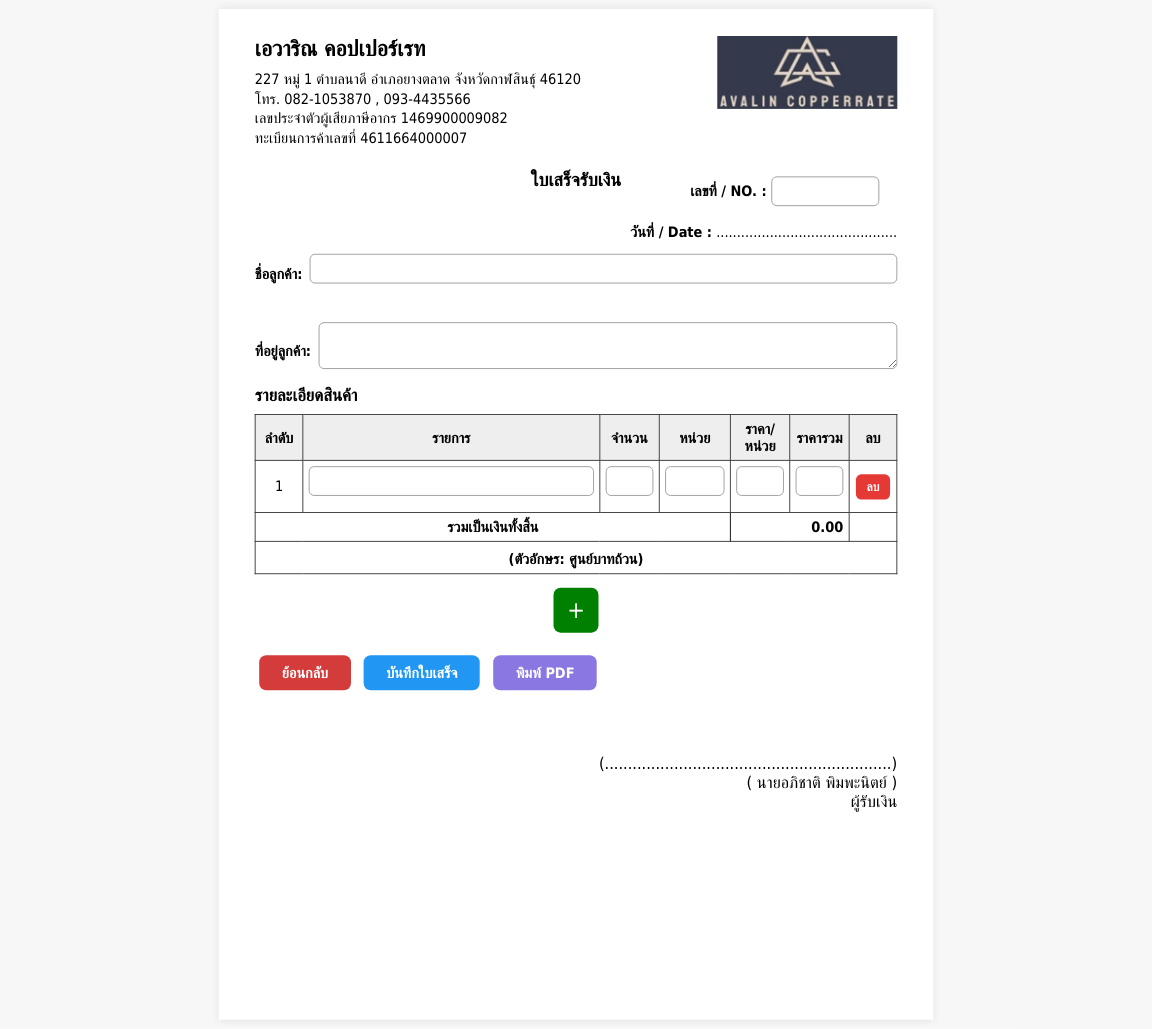
Repository: Hermesmercury88/shop_it
Page: quotation.html
These files come from the project's save history. The page is drawn as it stood at one moment and after the next save; the edit follows.
The browser window is 1280 px wide. The pictures show the whole page, at 90% of full size.
Some web fonts or font styles are not loaded; a fallback is used.

Above is the page before, as saved 2025-09-21 10:03:19.

After the next save:
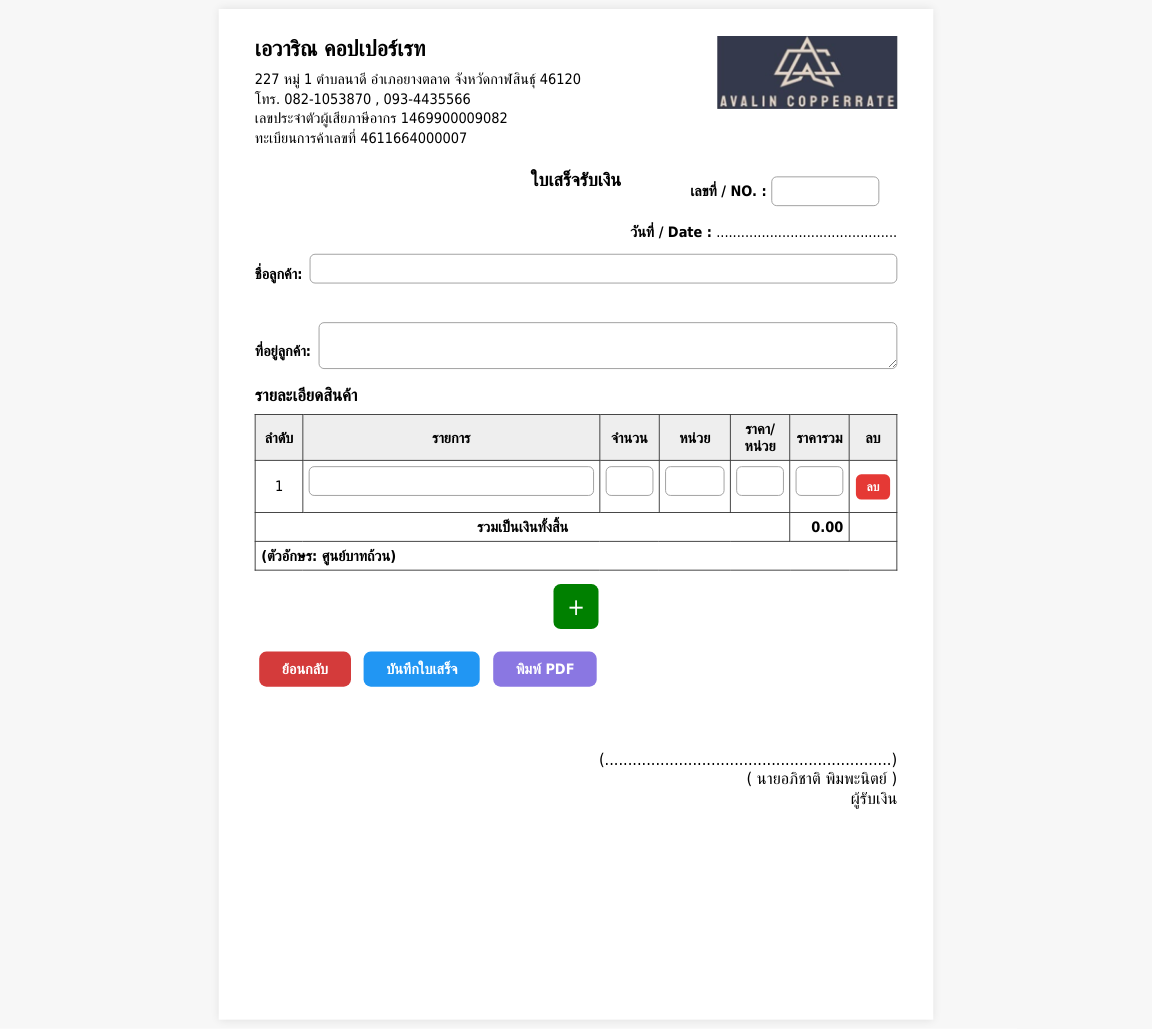
Saved 64 s later.
--- a/quotation.html
+++ b/quotation.html
@@ -77,23 +77,21 @@ tfoot .total-row td:first-child { border-right: 1px solid #000; }
                 </tr>
             </tbody>
             <tfoot>
-                <!-- รวมเป็นเงินทั้งสิ้น -->
-                <tr class="total-row">
-                    <td colspan="4" style="text-align:center; font-weight:bold;">
-                        รวมเป็นเงินทั้งสิ้น
-                    </td>
-                    <td colspan="2" style="text-align:right; font-weight:bold;">
-                        <span id="grandTotalDisplay">0.00</span>
-                    </td>
-                    <td></td>
-                </tr>
-                <!-- ตัวอักษร -->
-                <tr>
-                    <td colspan="7" style="text-align:center; font-weight:bold; padding-top:10px;">
-                        (ตัวอักษร: <span id="thaiTextDisplay">ศูนย์บาทถ้วน</span>)
-                    </td>
-                </tr>
-            </tfoot>
+    <!-- รวมเป็นเงินทั้งสิ้น -->
+    <tr>
+      <td colspan="5" style="text-align:center;font-weight:bold;">รวมเป็นเงินทั้งสิ้น</td>
+      <td style="text-align:right;font-weight:bold;">
+        <span id="grandTotalDisplay">0.00</span>
+      </td>
+      <td></td>
+    </tr>
+    <!-- ตัวอักษร -->
+    <tr>
+      <td colspan="7" style="text-align:left;font-weight:bold;">
+        (ตัวอักษร: <span id="thaiTextDisplay">ศูนย์บาทถ้วน</span>)
+      </td>
+    </tr>
+  </tfoot>
         </table>
 
         <input type="hidden" name="grand_total" id="grand_total_input">
